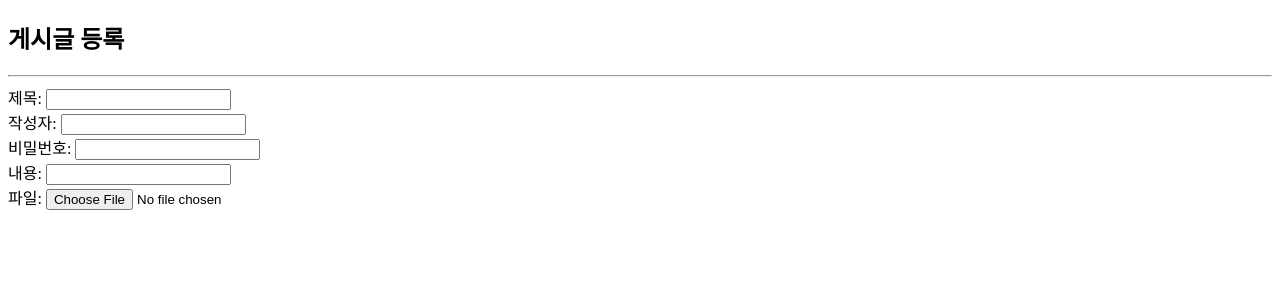
Repository: sagek23/Java-Training
Page: http://localhost/bbs/insertBbs.jsp
An editor plug-in stored every save of this project. The page is shown before and after the next save, followed by the edit.
The browser window is 1280 px wide. The pictures show the whole page.
The page is served by Tomcat 9.

Above is the page before, as saved 2019-08-01 09:29:33.

After the next save:
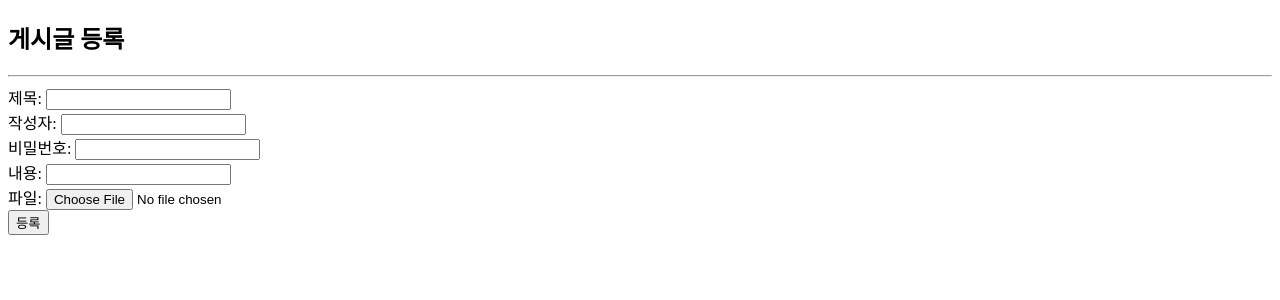
Saved 61 s later.
--- a/0801/bbs/WebContent/insertBbs.jsp
+++ b/0801/bbs/WebContent/insertBbs.jsp
@@ -15,6 +15,7 @@
 	비밀번호: <input type="password" name="pwd"><br>
 	내용: <input type="text" name="content"><br>
 	파일: <input type="file"	name="fname"><br>
+	<input type="submit" value="등록">
 	</form>
 </body>
 </html>
